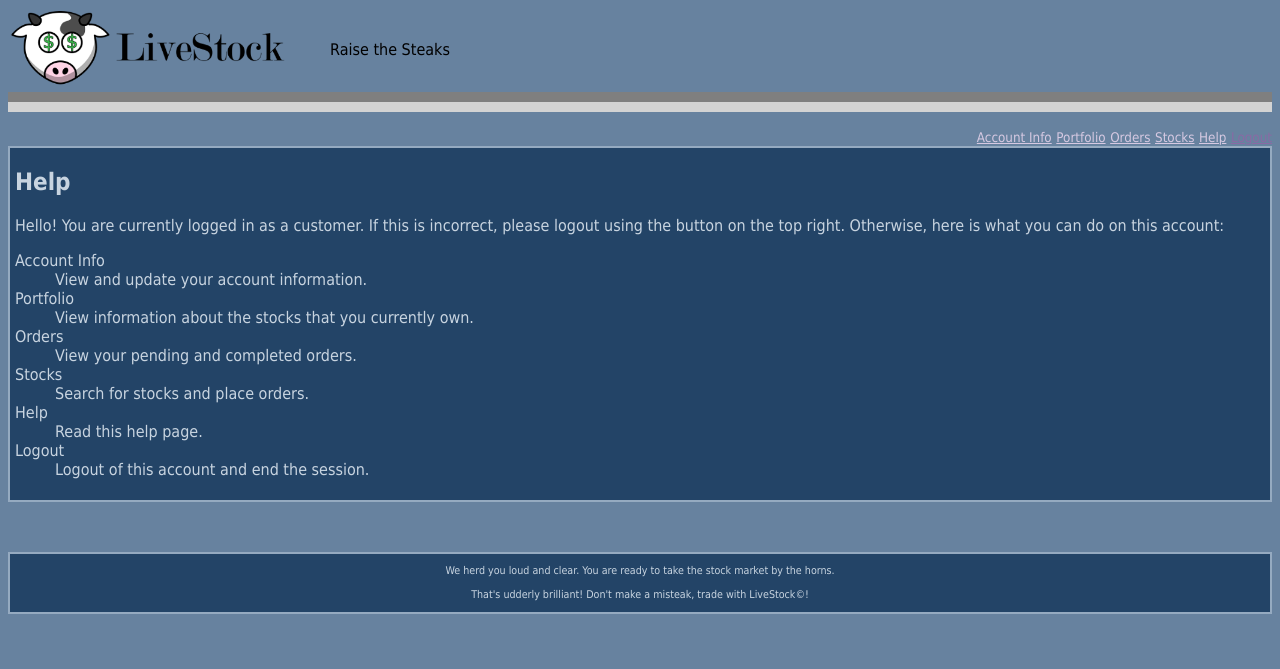
Repository: yastapova/live-stock
Page: http://localhost/LiveStockSite/WEB-INF/cust_help.jsp
An editor plug-in stored every save of this project. The page is shown before and after the next save, followed by the edit.
The browser window is 1280 px wide. The pictures show the whole page.
The page is served by Tomcat 9. Nobody is signed in. The template is opened directly, without the code that normally fills it, so the values that code supplies are empty.

Above is the page before, as saved 2016-04-19 22:31:06.

After the next save:
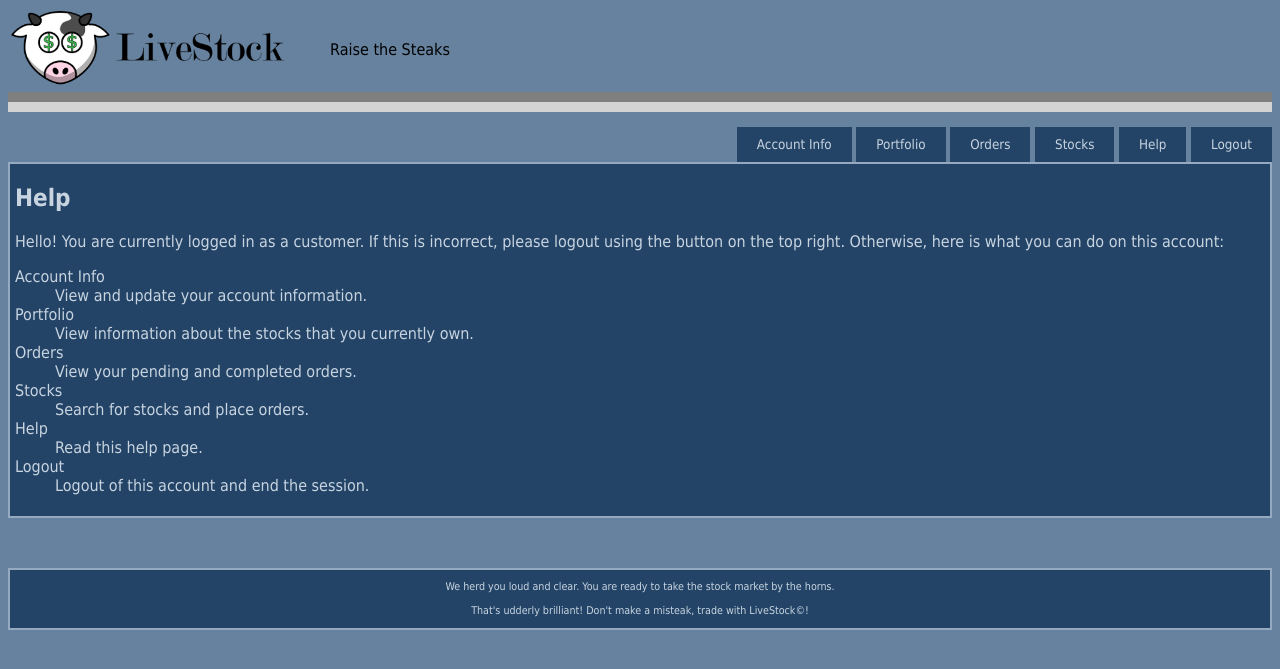
Saved 3 min 41 s later.
--- a/LiveStockSite/WebContent/WEB-INF/gen.css
+++ b/LiveStockSite/WebContent/WEB-INF/gen.css
@@ -49,6 +49,15 @@ a:hover {
 .footer p {
 	font-size: 8pt;
 }
-.menu {
-
+.menu a:link, a:visited {
+	background-color: #234467;
+	color: #C8D4E0;
+	padding: 10px 20px;
+	text-align: center;
+	text-decoration: none;
+	display: inline-block;
 }
+.menu a:hover, a:active {
+	background-color:#AF98C4;
+	color: #436285;
+}
